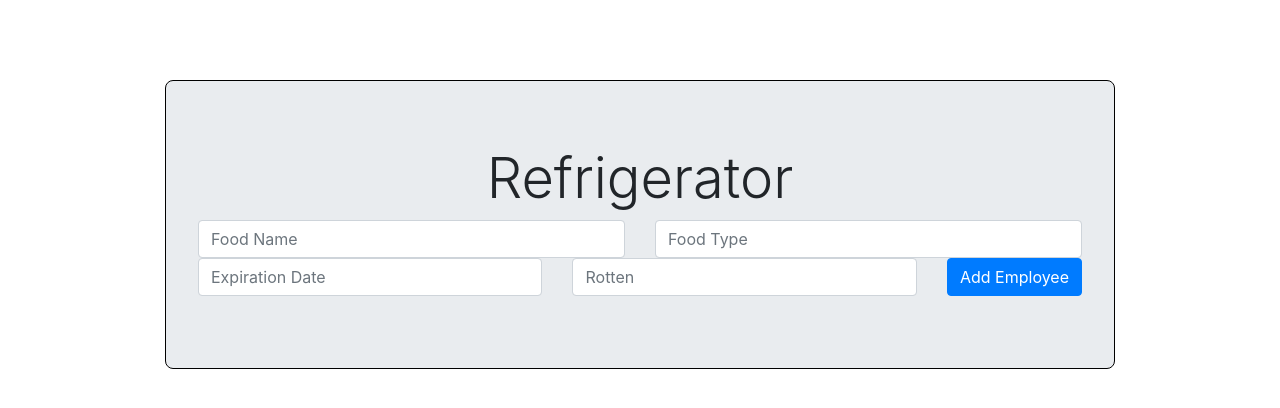
Repository: julianvanost/Week-06
Page: Day_03/FirstServer/public/index.html
The author's editor kept a copy of each file at every save. The page is drawn from the files as they stood at one save, then again after the next save.
The browser window is 1280 px wide. The pictures show the whole page.
The page's requests for data from a server got no answer.

Above is the page before, as saved 2020-02-20 10:56:35.

After the next save:
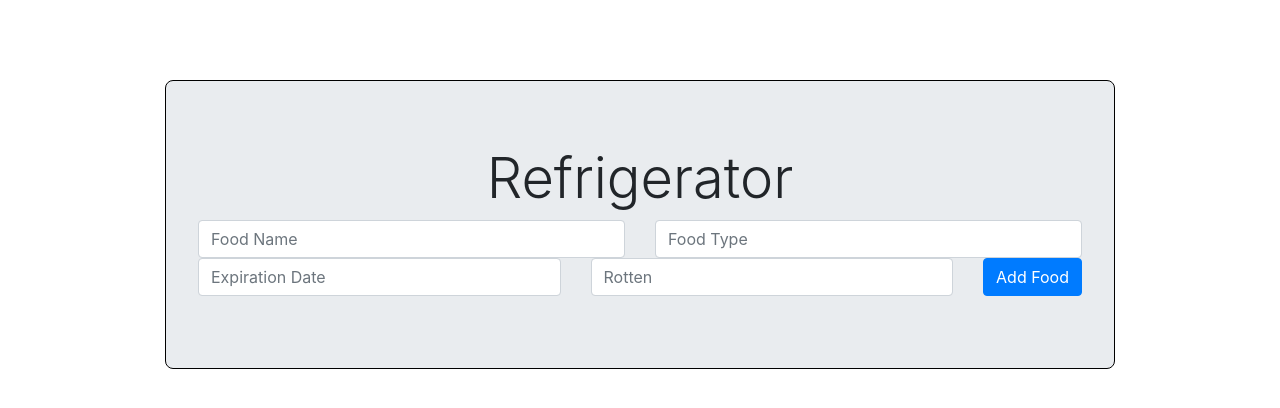
Saved 4 s later.
--- a/Day_03/FirstServer/public/index.html
+++ b/Day_03/FirstServer/public/index.html
@@ -39,7 +39,7 @@
             <input type="text" class="form-control" id="is_rotten" placeholder="Rotten">
           </div>
           <div class="col-auto">
-            <button type="" id="addFood" class="btn btn-primary mb-2">Add Employee</button>
+            <button type="" id="addFood" class="btn btn-primary mb-2">Add Food</button>
           </div>
         </div>
       </form>
